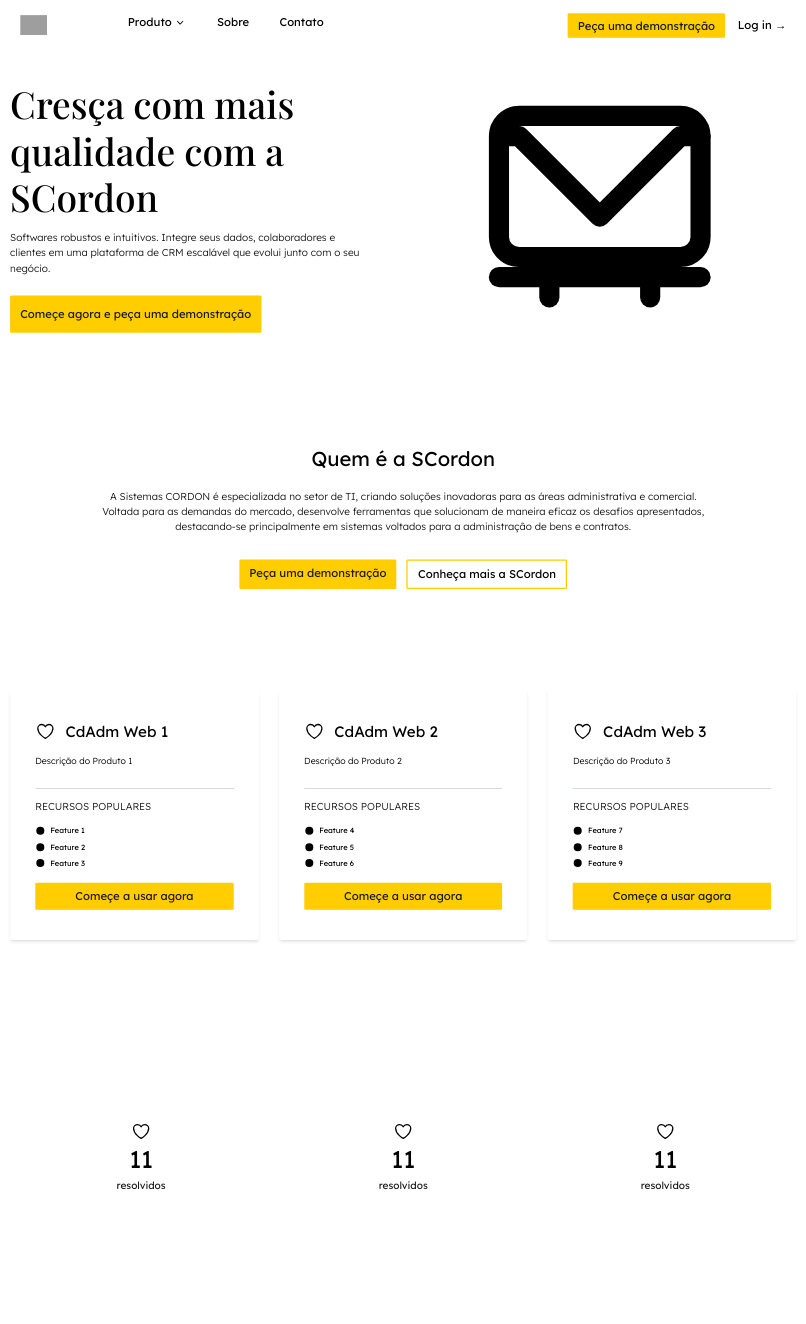
Repository: VereAbsolutum/site-institucional
Page: /
The author's editor kept a copy of each file at every save. The page is drawn from the files as they stood at one save, then again after the next save.
The browser window is 1280 px wide. The pictures show the whole page, at 63% of full size.
Pictures or frames that could not be fetched are drawn as grey boxes. The project was rebuilt for these pictures with package versions that can differ from the ones it lists, and the page was loaded fresh each time. Also part of the build but not shown: vite.config.ts, src/presentation/components/buttons/button-base.tsx, src/presentation/components/buttons/button-border-primary.tsx, src/presentation/components/buttons/button-primary.tsx, src/presentation/components/links/link-border-white.tsx, src/presentation/components/typography/heading3.tsx, src/presentation/pages/not-found/notFound.tsx.

Above is the page before, as saved 2023-04-15 22:29:28.

### src/App.tsx
import React from 'react'
import { BrowserRouter, Routes, Route } from "react-router-dom"
import { Home, NotFound } from './presentation/pages'

const App: React.FC = () => {
  return (
    <BrowserRouter >
      <Routes>
        <Route path='/' element={<Home />} />
        <Route path='*' element={<NotFound />} />
      </Routes>
    </BrowserRouter>
  )
}

export default App

### src/index.css
@import url('https://fonts.googleapis.com/css2?family=Lexend+Deca:wght@300;400&family=Manrope:wght@800&family=Playfair+Display:wght@500&display=swap');

@tailwind base;
@tailwind components;
@tailwind utilities;

### src/presentation/pages/index.ts
export { default as Home } from './home/home'
export { default as NotFound } from './not-found/notFound'

### src/presentation/pages/home/home.tsx
import { HeartIcon } from '@heroicons/react/24/outline';
import React from 'react';
import { Header, LinkBorderPrimary, LinkPrimary, TextDisplay, TextHeading1, TextHeading2, TextHeading3, TextMenu, TextParagraph } from '../../components';
import ProductCard from '../../components/card/product-card';
import { productCardData } from './components';

const home: React.FC = () => {
    return (
        <>
            <Header />
            <main>
                <section className='container py-12 mb-12'>
                    <div className='grid grid-cols-1 sm:grid-cols-2'>
                        <div className='grid grid-cols-1 gap-4 order-2 sm:order-1'>
                            <h1>
                                <TextDisplay>
                                    Cresça com mais qualidade com a SCordon
                                </TextDisplay>
                            </h1>
                            <p className='mb-4 pr-12'>
                                <TextParagraph>
                                    Softwares robustos e intuitivos. Integre seus dados, colaboradores e clientes em uma plataforma de CRM escalável que evolui junto com o seu negócio.
                                </TextParagraph>
                            </p>
                            <div>
                                <LinkPrimary className='py-4 block md:inline-block text-center lg:text-left hidden'>
                                    Começe agora e peça uma demonstração
                                </LinkPrimary>
                                <LinkPrimary className='py-4 block md:hidden text-center lg:text-left'>
                                    Peça uma demonstração
                                </LinkPrimary>
                            </div>
                        </div>
                        <div className='flex justify-center items-center order-1 sm:order-2'>
                            <svg xmlns="http://www.w3.org/2000/svg" width="150" height="150" viewBox="0 0 24 24" fill="none" stroke="currentColor" strokeWidth="2" strokeLinecap="round" strokeLinejoin="round" className="w-full h-auto sm:max-w-sm">
                                <rect x="2" y="3" width="20" height="14" rx="2" ry="2"></rect>
                                <path d="M22 5H20L12 13L4 5H2"></path>
                                <line x1="2" y1="19" x2="22" y2="19"></line>
                                <line x1="7" y1="19" x2="7" y2="21"></line>
                                <line x1="17" y1="19" x2="17" y2="21"></line>
                            </svg>
                        </div>
                    </div>
                </section>


                <section className='container py-20'>
                    <div className='text-center lg:px-36'>
                        <h2 className='mb-6'>
                            <TextHeading2>
                                Quem é a SCordon
                            </TextHeading2>
                        </h2>
                        <p className='mb-10'>
                            <TextParagraph>
                                A Sistemas CORDON é especializada no setor de TI, criando soluções inovadoras para as áreas administrativa e comercial. Voltada para as demandas do mercado, desenvolve ferramentas que solucionam de maneira eficaz os desafios apresentados, destacando-se principalmente em sistemas voltados para a administração de bens e contratos.
                            </TextParagraph>
                        </p>

                        <div className='flex flex-col sm:flex-row sm:justify-center gap-4'>
                            <LinkPrimary className='py-2'>
                                <TextMenu>
                                    Peça uma demonstração
                                </TextMenu>
                            </LinkPrimary>
                            <LinkBorderPrimary className='py-2'>
                                <TextMenu>
                                    Conheça mais a SCordon
                                </TextMenu>
                            </LinkBorderPrimary>
                        </div>
                    </div>
                </section>

                <section className='container py-20 mb-32'>
                    <div className='grid grid-cols-1 gap-8 md:grid-cols-2 lg:grid-cols-3'>
                        {productCardData && productCardData.map((data, index) =>
                            <ProductCard key={index} {...data} />
                        )}
                    </div>
                </section>

                <section className='container py-20 mb-32'>
                    <div className='grid grid-cols-2 md:grid-cols-3'>
                        <div className='flex flex-col items-center'>
                            <p>
                                <HeartIcon className="w-8 h-auto text-blue-500" />
                            </p>
                            <h3>
                                <TextHeading1>11</TextHeading1>
                            </h3>
                            <p>
                                <TextParagraph className='font-500'>
                                    resolvidos
                                </TextParagraph>
                            </p>
                        </div>

                        <div className='flex flex-col items-center'>
                            <p>
                                <HeartIcon className="w-8 h-auto text-blue-500" />
                            </p>
                            <h3>
                                <TextHeading1>11</TextHeading1>
                            </h3>
                            <p>
                                <TextParagraph className='font-500'>
                                    resolvidos
                                </TextParagraph>
                            </p>
                        </div>

                        <div className='flex flex-col items-center'>
                            <p>
                                <HeartIcon className="w-8 h-auto text-blue-500" />
                            </p>
                            <h3>
                                <TextHeading1>11</TextHeading1>
                            </h3>
                            <p>
                                <TextParagraph className='font-500'>
                                    resolvidos
                                </TextParagraph>
                            </p>
                        </div>
                    </div>
                </section>
            </main>
        </>
    );
};

export default home;

### src/presentation/components/index.ts
export { default as Header } from './header/header'

export { default as ButtonBase } from './buttons/button-base'
export { default as ButtonBorderPrimary } from './buttons/button-border-primary'
export { default as ButtonPrimary } from './buttons/button-primary'

export { default as LinkBase } from './links/link-base'
export { default as LinkPrimary } from './links/link-primary'
export { default as LinkBorderPrimary } from './links/link-border-primary'
export { default as LinkBorderWhite } from './links/link-border-white'

export { default as TextBase } from './typography/text-base'
export { default as TextDisplay } from './typography/display'
export { default as TextHeading1 } from './typography/heading1'
export { default as TextHeading2 } from './typography/heading2'
export { default as TextHeading3 } from './typography/heading3'
export { default as TextParagraph } from './typography/paragraph'
export { default as TextParagraphSmall } from './typography/paragraph-small'
export { default as TextCaption } from './typography/caption'
export { default as TextMenu } from './typography/menu'

export { default as List } from './list/list'

### src/presentation/components/card/product-card.tsx
import { HeartIcon } from '@heroicons/react/24/outline';
import React from 'react';
import { LinkPrimary, List, TextCaption, TextParagraph, TextParagraphSmall } from '..';

export type ProductCardProps = {
    imageUrl: string;
    title: string;
    description: string;
    features: string[];
    ctaText: string;
    ctaHref: string;
};

const ProductCard: React.FC<ProductCardProps> = (cardContent: ProductCardProps) => {
    return (
        <div className="bg-white p-6 rounded shadow-md px-10 py-12 transform hover:scale-[1.02] duration-500 ease-in-out">
            <div className="flex flex-col">
                <div className="flex items-center mb-4">
                    <HeartIcon className="w-8 h-auto mr-4 text-blue-500" />
                    <h3 className="font-medium text-[24px]">{cardContent.title}</h3>
                </div>
                <div>
                    <p className="mb-8">
                        <TextParagraphSmall>
                            {/* Conheça a sua nova plataforma digital feita para fornecer todas as ferramentas necessárias para a administração da sua imobiliária. */}
                            {cardContent.description}
                        </TextParagraphSmall>
                    </p>
                    <div className='border-t-black border-t border-solid'>
                        <h4 className='my-4'>
                            <TextParagraph>
                                RECURSOS POPULARES
                            </TextParagraph>
                        </h4>
                        <List items={cardContent.features} />
                        <div className='mt-5'>
                            <LinkPrimary className="block text-center py-2" href={cardContent.ctaHref}>
                                Começe a usar agora
                            </LinkPrimary>
                        </div>
                    </div>
                </div>
            </div>
        </div>
    );
};

export default ProductCard;

### src/presentation/pages/home/components/index.ts
export * from './product-card-data'

### src/presentation/components/links/link-base.tsx
import React from 'react';

export type LinkBaseProps = React.AnchorHTMLAttributes<HTMLAnchorElement> & {
    className?: string;
};

const linkBase: React.FC<LinkBaseProps> = ({ children, className, ...rest }) => {
    const baseClasses =
        'duration-500 ease-in-out font-semibold cursor-pointer rounded-sm hover:bg-blue-700 focus:outline-none focus:ring-2 focus:ring-blue-400 focus:ring-opacity-75';

    return (
        <a className={`${baseClasses} ${className}`} {...rest}>
            {children}
        </a>
    );
};

export default linkBase;

### src/presentation/components/links/link-primary.tsx
// FilledButton.tsx
import React from 'react';
import { LinkBase } from '..';
import { LinkBaseProps } from './link-base';

const linkPrimary: React.FC<LinkBaseProps> = ({ className, ...rest }) => {
    const baseClasses = 'px-4 py-1 text-lg font-400 text-black duration-100 bg-yellow hover:bg-opacity-40 ';

    return <LinkBase className={`${baseClasses} ${className}`} {...rest} />;
};

export default linkPrimary;

### src/presentation/components/links/link-border-primary.tsx
// FilledButton.tsx
import React from 'react';
import { LinkBase } from '..';
import { LinkBaseProps } from './link-base';

const linkBorderPrimary: React.FC<LinkBaseProps> = ({ className, ...rest }) => {
    const baseClasses = 'px-4 py-1 hover:bg-yellow-300 duration-500 ease-in-out border border-solid border-2 border-yellow bg-transparent border text-blue-500';

    return <LinkBase className={`${baseClasses} ${className}`} {...rest} />;
};

export default linkBorderPrimary;

### src/presentation/components/typography/text-base.tsx
import React from 'react';

export type TextBaseProps = React.HTMLAttributes<HTMLSpanElement> & {
    className?: string;
};

const textBase: React.FC<TextBaseProps> = ({ children, className, ...rest }) => {
    const baseClasses = '';

    return (
        <span className={`${baseClasses} ${className}`} {...rest}>
            {children}
        </span>
    );
};

export default textBase;

### src/presentation/components/typography/display.tsx
import React from 'react';
import { TextBase } from '..';
import { TextBaseProps } from './text-base';

const textDisplay: React.FC<TextBaseProps> = ({ children, className, ...rest }) => {
    const baseClasses = 'text-[2.25rem] lg:text-3xl sm:pr-2 font-medium leading-tight font-display';

    return (
        <TextBase className={`${baseClasses} ${className}`} {...rest}>
            {children}
        </TextBase>
    );
};

export default textDisplay;

### src/presentation/components/typography/heading1.tsx
import React from 'react';
import { TextBase } from '..';
import { TextBaseProps } from './text-base';

const textHeading1: React.FC<TextBaseProps> = ({ children, className, ...rest }) => {
    const baseClasses = 'text-2xl font-semibold';

    return (
        <TextBase className={baseClasses}>
            {children}
        </TextBase>
    );
};

export default textHeading1;

### src/presentation/components/typography/heading2.tsx
import React from 'react';
import { TextBase } from '..';
import { TextBaseProps } from './text-base';

const textHeading2: React.FC<TextBaseProps> = ({ children, className, ...rest }) => {
    const baseClasses = 'text-xxl font-semibold';

    return (
        <TextBase className={baseClasses}>
            {children}
        </TextBase>
    );
};

export default textHeading2;

### src/presentation/components/typography/paragraph.tsx
import React from 'react';
import { TextBase } from '..';
import { TextBaseProps } from './text-base';

const textParagraph: React.FC<TextBaseProps> = ({ children, className, ...rest }) => {
    const baseClasses = 'text-base font-300 text-black';

    return (
        <TextBase className={`${baseClasses} ${className}`} {...rest}>
            {children}
        </TextBase>
    );
};

export default textParagraph;

### src/presentation/components/typography/paragraph-small.tsx
import React from 'react';
import { TextBase } from '..';
import { TextBaseProps } from './text-base';

const textParagraphSmall: React.FC<TextBaseProps> = ({ children, className, ...rest }) => {
    const baseClasses = 'text-sm font-300';

    return (
        <TextBase className={baseClasses} {...rest}>
            {children}
        </TextBase>
    );
};

export default textParagraphSmall;

### src/presentation/components/typography/caption.tsx
import React from 'react';
import { TextBase } from '..';
import { TextBaseProps } from './text-base';

const textCapiton: React.FC<TextBaseProps> = ({ children, className, ...rest }) => {
    const baseClasses = 'text-xs font-500';

    return (
        <TextBase className={baseClasses} {...rest}>
            {children}
        </TextBase>
    );
};

export default textCapiton;

### src/presentation/components/typography/menu.tsx
import React from 'react';
import { TextBase } from '..';
import { TextBaseProps } from './text-base';

const textMenu: React.FC<TextBaseProps> = ({ children, className, ...rest }) => {
    const baseClasses = 'text-lg font-500';

    return (
        <TextBase className={`${baseClasses} ${className}`} {...rest}>
            {children}
        </TextBase>
    );
};

export default textMenu;

### src/presentation/components/list/list.tsx
import React, { ReactNode } from 'react'
import { TextCaption } from '..'
import { Item } from './components'

export type ListProps = {
    items: string[]
}

const List: React.FC<ListProps> = ({ items }) => {
    return (
        <ul>
            {items && items.map((item, index) =>
                <Item key={index} value={item} />
            )}
        </ul>
    )
}

export default List

### src/presentation/pages/home/components/product-card-data.ts
import { ProductCardProps } from "../../../components/card/product-card";

export const productCardData: ProductCardProps[] = [
    {
        imageUrl: 'https://example.com/image1.jpg',
        title: 'CdAdm Web 1',
        description: 'Descrição do Produto 1',
        features: ['Feature 1', 'Feature 2', 'Feature 3'],
        ctaText: 'Começe a usar agora',
        ctaHref: '/get-started-1',
    },
    {
        imageUrl: 'https://example.com/image2.jpg',
        title: 'CdAdm Web 2',
        description: 'Descrição do Produto 2',
        features: ['Feature 4', 'Feature 5', 'Feature 6'],
        ctaText: 'Começe a usar agora',
        ctaHref: '/get-started-2',
    },
    {
        imageUrl: 'https://example.com/image3.jpg',
        title: 'CdAdm Web 3',
        description: 'Descrição do Produto 3',
        features: ['Feature 7', 'Feature 8', 'Feature 9'],
        ctaText: 'Começe a usar agora',
        ctaHref: '/get-started-3',
    },
];

### src/presentation/components/header/components/index.ts
export { default as MobileMenu } from './mobile-menu'
export { default as MainMenu } from './main-menu'

### src/presentation/components/list/components/index.ts
export { default as Item } from './item'

### src/presentation/components/list/components/item.tsx
import React, { ReactNode } from 'react';
import { TextCaption } from '../..';

export type Item = {
    value: ReactNode
}

const item: React.FC<Item> = ({ value }) => {
    return (
        <li className='list-none flex items-center mb-1'>
            <svg className="w-4 h-4 mr-2 text-green-500 h-[1.35rem]" viewBox="0 0 20 20" fill="currentColor">
                <path d="M10 18a8 8 0 100-16 8 8 0 000 16zm1-13a1 1 0 10-2 0v4a1 1 0 00.293.707l2.828 2.829a1 1 0 101.415-1.415L11 9.586V5z"></path>
            </svg>
            <TextCaption>
                {value}
            </TextCaption>
        </li>
    );
};

export default item;

Loaded but not shown: index.html (common file); src/main.tsx (common file); tailwind.config.js (53 lines, source omitted); src/presentation/components/header/components/mobile-menu.tsx (118 lines, source omitted); src/presentation/components/header/components/main-menu.tsx (79 lines, source omitted); src/presentation/components/header/header.tsx (86 lines, source omitted)

After the next save:
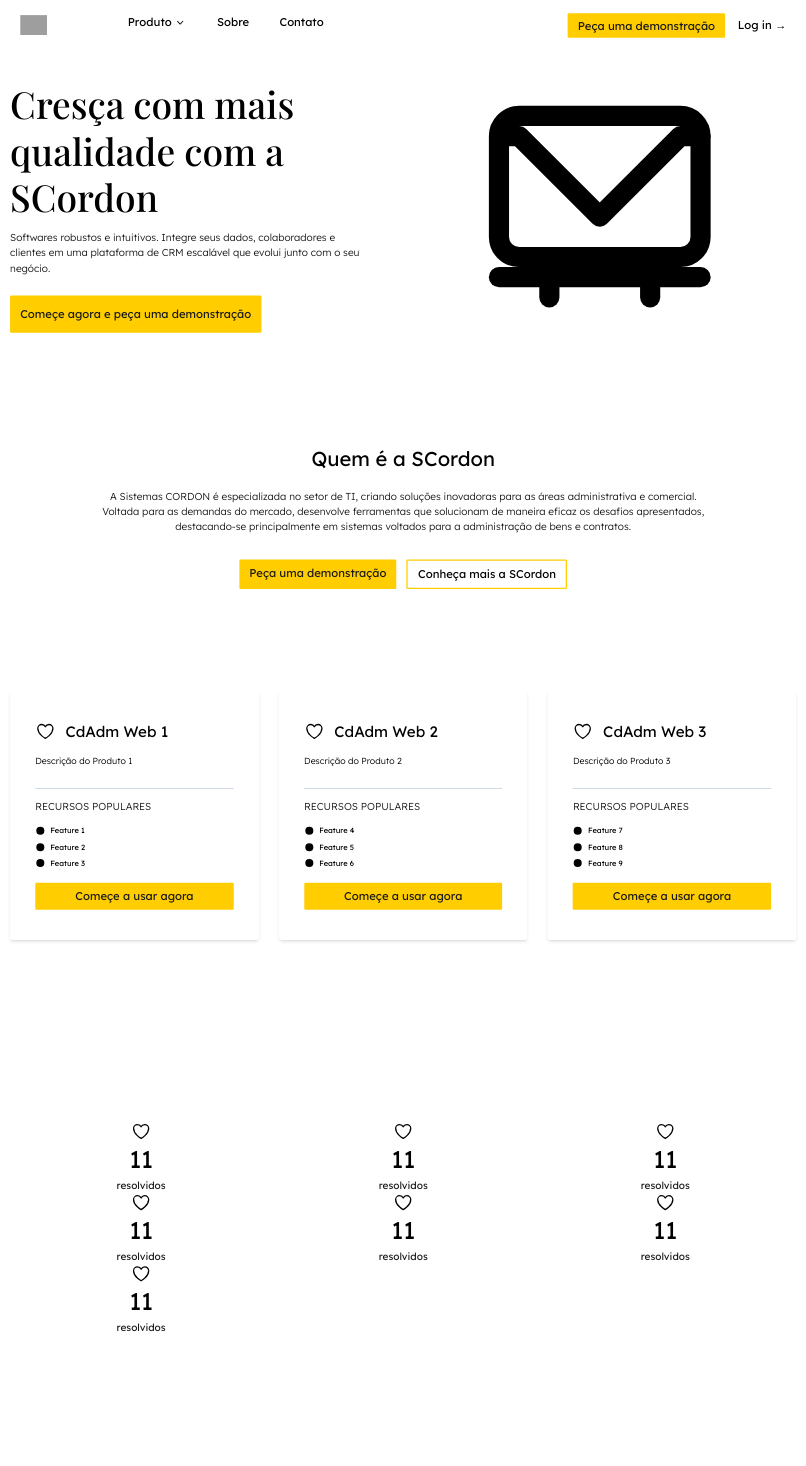
Saved 14 s later.
--- a/src/presentation/pages/home/home.tsx
+++ b/src/presentation/pages/home/home.tsx
@@ -123,6 +123,62 @@ const home: React.FC = () => {
                                 </TextParagraph>
                             </p>
                         </div>
+
+                        <div className='flex flex-col items-center'>
+                            <p>
+                                <HeartIcon className="w-8 h-auto text-blue-500" />
+                            </p>
+                            <h3>
+                                <TextHeading1>11</TextHeading1>
+                            </h3>
+                            <p>
+                                <TextParagraph className='font-500'>
+                                    resolvidos
+                                </TextParagraph>
+                            </p>
+                        </div>
+
+                        <div className='flex flex-col items-center'>
+                            <p>
+                                <HeartIcon className="w-8 h-auto text-blue-500" />
+                            </p>
+                            <h3>
+                                <TextHeading1>11</TextHeading1>
+                            </h3>
+                            <p>
+                                <TextParagraph className='font-500'>
+                                    resolvidos
+                                </TextParagraph>
+                            </p>
+                        </div>
+
+                        <div className='flex flex-col items-center'>
+                            <p>
+                                <HeartIcon className="w-8 h-auto text-blue-500" />
+                            </p>
+                            <h3>
+                                <TextHeading1>11</TextHeading1>
+                            </h3>
+                            <p>
+                                <TextParagraph className='font-500'>
+                                    resolvidos
+                                </TextParagraph>
+                            </p>
+                        </div>
+
+                        <div className='flex flex-col items-center'>
+                            <p>
+                                <HeartIcon className="w-8 h-auto text-blue-500" />
+                            </p>
+                            <h3>
+                                <TextHeading1>11</TextHeading1>
+                            </h3>
+                            <p>
+                                <TextParagraph className='font-500'>
+                                    resolvidos
+                                </TextParagraph>
+                            </p>
+                        </div>
                     </div>
                 </section>
             </main>
